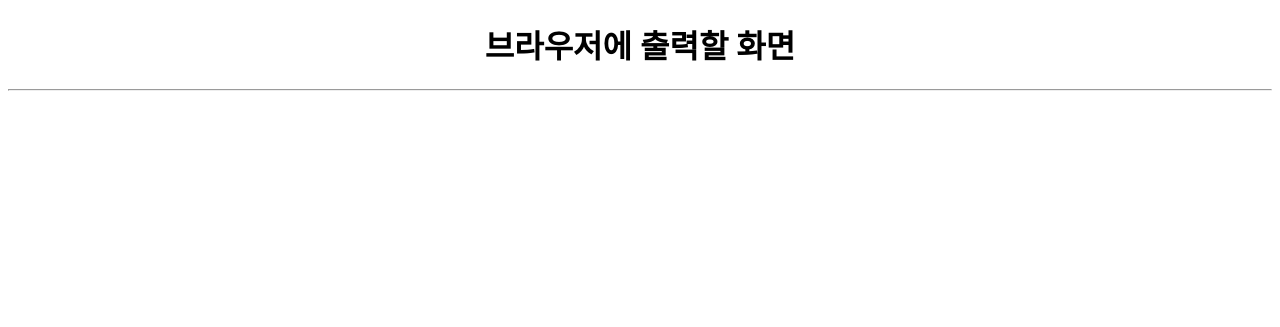
Repository: serim53/JSPStudy
Page: http://localhost/BoardWeb_JSP_/elExample.jsp
These files come from the project's save history. The page is drawn as it stood at one moment and after the next save; the edit follows.
The browser window is 1280 px wide. The pictures show the whole page.
The page is served by Tomcat 10. Other server files are loaded and not shown.

Above is the page before, as saved 2025-07-11 04:33:20.

### BoardWeb(JSP)/src/main/webapp/elExample.jsp
<%@page contentType="text/html; charset=UTF-8"%>
<!DOCTYPE html PUBLIC "-//W3C//DTD HTML 4.01 Transitional//EN" "http://www.w3.org/TR/html4/loose.dtd">
<html>
<head>
<meta http-equiv="Content-Type" content="text/html; charset=UTF-8">
<title>JSP 예제</title>
</head>
<body>
<center>
<h1>브라우저에 출력할 화면</h1>
<hr>
</center>
</body>
</html>

After the next save:
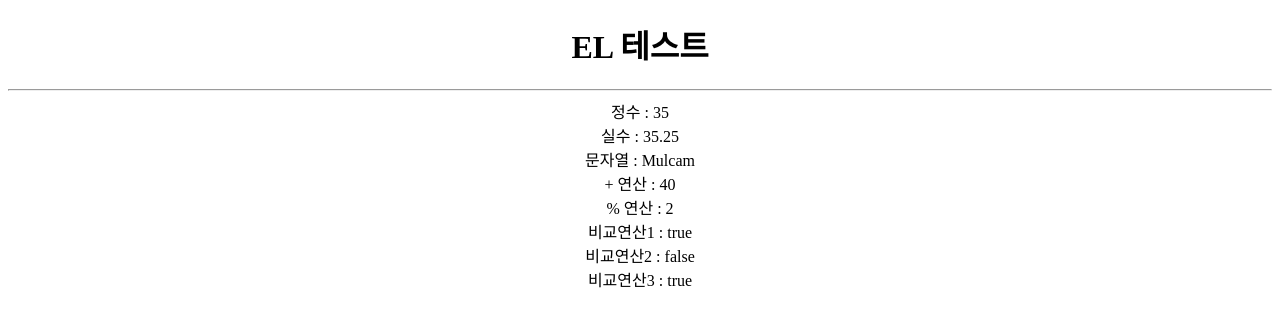
Saved 2 min 23 s later.
--- a/BoardWeb(JSP)/src/main/webapp/elExample.jsp
+++ b/BoardWeb(JSP)/src/main/webapp/elExample.jsp
@@ -7,8 +7,16 @@
 </head>
 <body>
 <center>
-<h1>브라우저에 출력할 화면</h1>
+<h1>EL 테스트</h1>
 <hr>
+정수 : ${35 }<br>
+실수 : ${35.25 }<br>
+문자열 : ${"Mulcam" }<br>
++ 연산 : ${35 + 5 }<br>
+% 연산 : ${35 % 3 }<br>
+비교연산1 : ${35 == 35 }<br>
+비교연산2 : ${35 == 45 }<br>
+비교연산3 : ${35 >= 21 }<br>
 </center>
 </body>
 </html>
